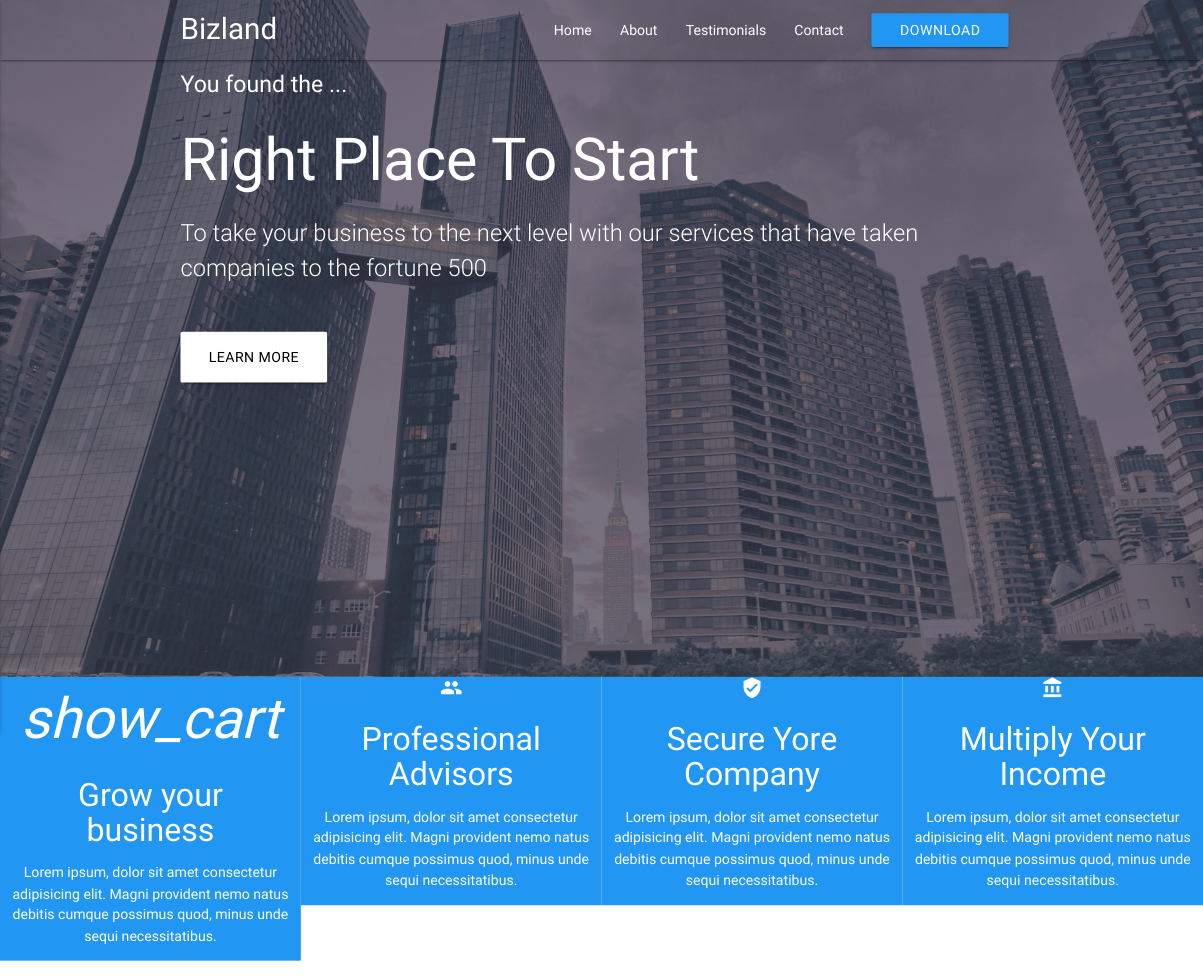
Repository: farrdy/bizland
Page: index.html
These files come from the project's save history. The page is drawn as it stood at one moment and after the next save; the edit follows.
The browser window is 1280 px wide. The pictures show the whole page, at 94% of full size.
Some web libraries are served in a nearby version.

Above is the page before, as saved 2020-01-04 13:46:15.

After the next save:
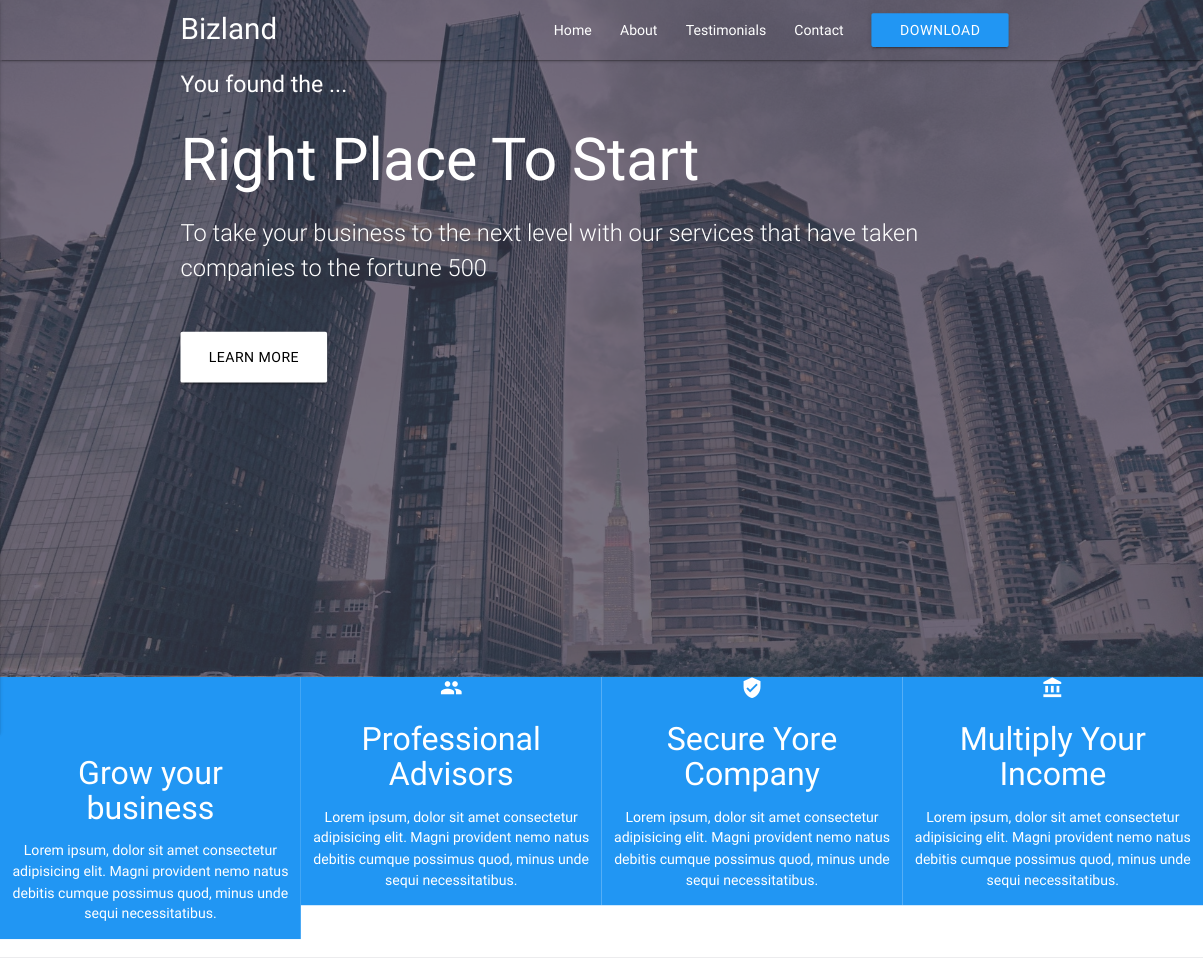
Saved 26 s later.
--- a/index.html
+++ b/index.html
@@ -97,7 +97,7 @@
     <section class="section-boxes center">
       <div class="row">
         <div class="col s12 m6 l3 blue white-text box">
-          <i class="material- medium">show_cart</i>
+          <i class="material-icons medium">show_cart</i>
           <h4>Grow your business</h4>
           <p>
             Lorem ipsum, dolor sit amet consectetur adipisicing elit. Magni
